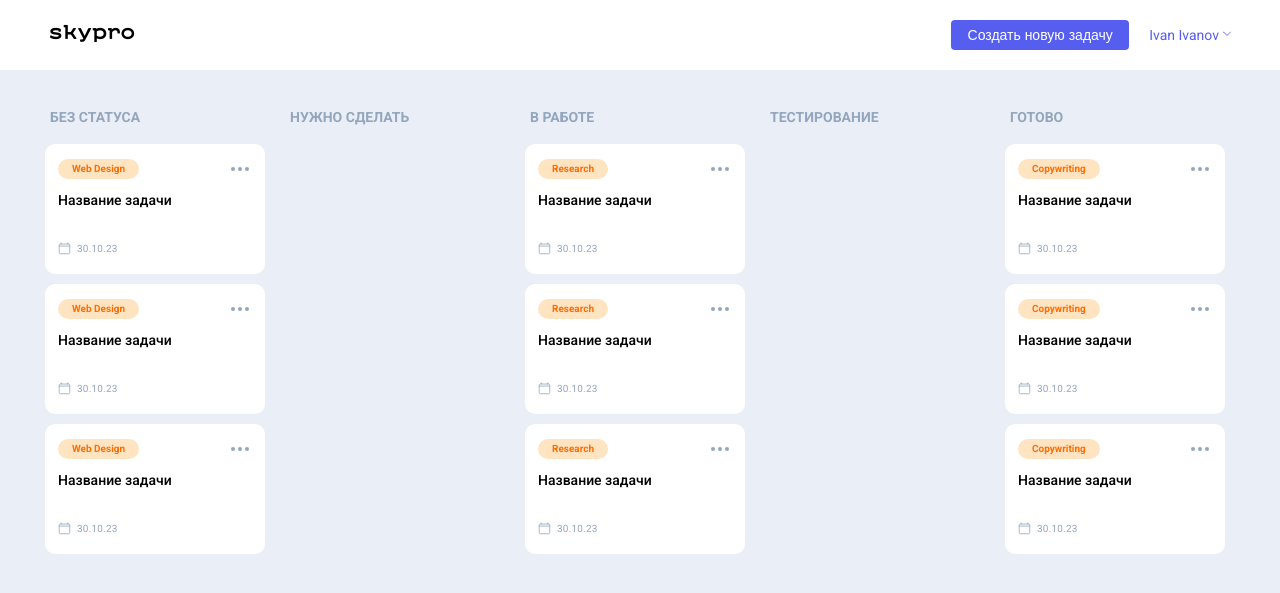
Repository: Olchik-resh/skypro-kanban
Page: /
These files come from the project's save history. The page is drawn as it stood at one moment and after the next save; the edit follows.
The browser window is 1280 px wide. The pictures show the whole page.
The project was rebuilt for these pictures with package versions that can differ from the ones it lists, and the page was loaded fresh each time. Also part of the build but not shown: vite.config.js.

Above is the page before, as saved 2025-07-28 16:38:10.

After the next save:
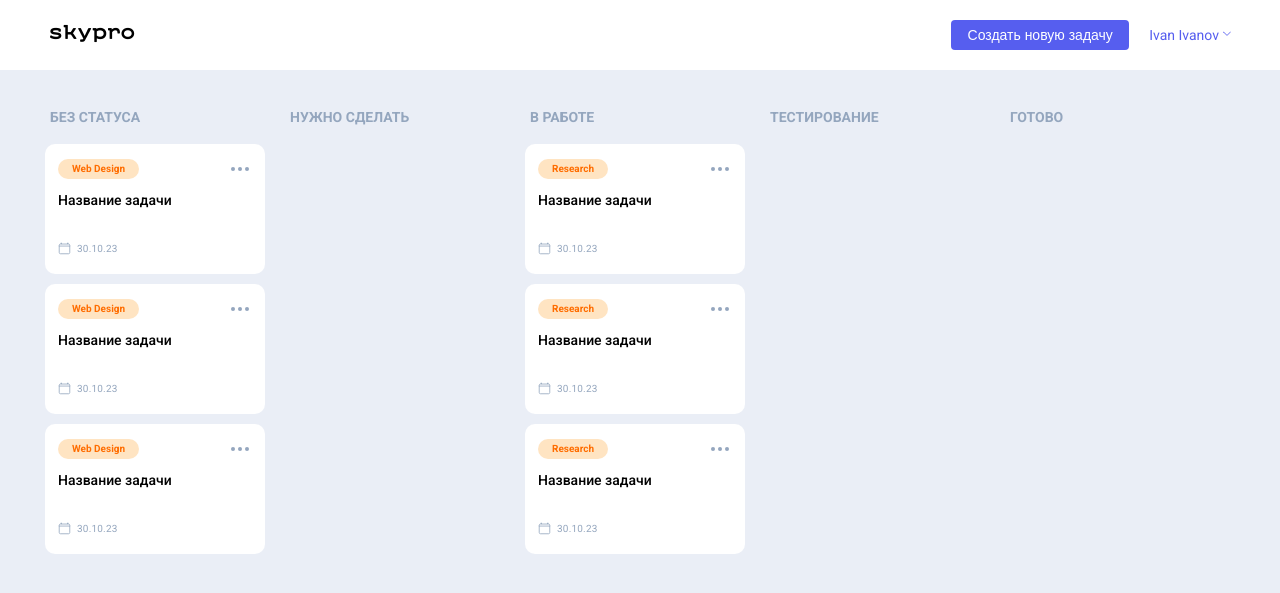
Saved 74 s later.
--- a/src/components/mokcs/tasks.js
+++ b/src/components/mokcs/tasks.js
@@ -1,7 +1,7 @@
 const tasks = [
   { id: 1, topic: 'Web Design', title: 'Название задачи', date: '30.10.23', status: 'Без статуса' },
   { id: 2, topic: 'Research', title: 'Название задачи', date: '30.10.23', status: 'В работе' },
-  { id: 3, topic: 'Copywriting', title: 'Название задачи', date: '30.10.23', status: 'Готово' },
+  { id: 3, topic: 'Copywriting', title: 'Название задачи', date: '30.10.23', status: '' },
 ]
 
 // export const noStatusTask = tasks.filter(task => task.status === 'Без статуса');
